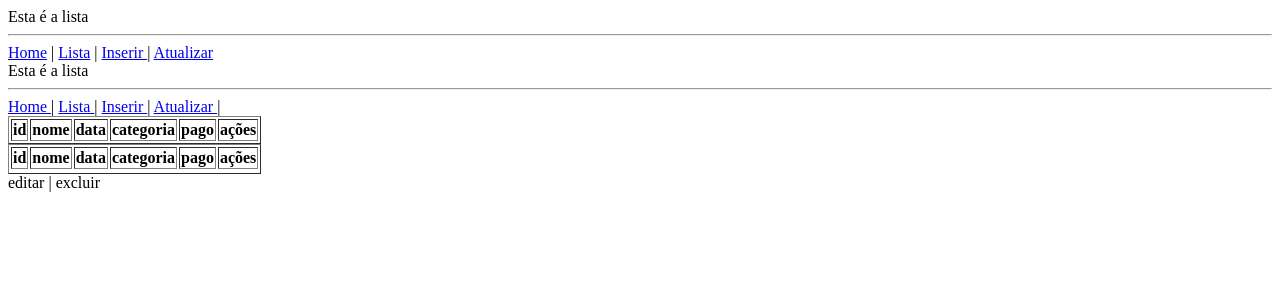
Repository: vivian-nakano/Projetos-Spring
Page: webmvc/src/main/resources/static/lista.html
These files come from the project's save history. The page is drawn as it stood at one moment and after the next save; the edit follows.
The browser window is 1280 px wide. The pictures show the whole page.
The page's requests for data from a server got no answer. Some web libraries are served in a nearby version.

Above is the page before, as saved 2020-11-10 23:36:42.

### webmvc/src/main/resources/static/lista.html
<!DOCTYPE html>
<html>
<head>
<meta charset="ISO-8859-1">
<title>Insert title here</title>

<script
	src="https://ajax.googleapis.com/ajax/libs/angularjs/1.6.9/angular.min.js"></script>
<script src="controller.js">

</script>

</head>
<body>
	Esta é a lista
	<hr>
	<a href="index.html">Home</a> |
	<a href="lista.html">Lista</a> |
	<a href="inserir.html">Inserir </a> |
	<a href="atualizar.html">Atualizar </a>

	<br>
	<div ng-app="myApp" ng-controller="myCtrl">
		<table border="1">

			<tr>
				<th>id</th>
				<th>nome</th>
				<th>data</th>
				<th>categoria</th>
				<th>pago</th>
				<th>ações</th>
			</tr>

Esta é a lista <hr>
	<a href = "index.html"> Home </a> |
	<a href = "lista.html"> Lista </a> |
	<a href = "inserir.html"> Inserir </a> |
	<a href = "atualizar.html"> Atualizar </a> |

	<br>
	<div ng-add="myApp" ng-controller="myCtrl">
	<table border="1">
		<tr>
			<th>id</th>
			<th>nome</th>
			<th>data</th>
			<th>categoria</th>
			<th>pago</th>
			<th>ações</th>
		</tr>
		<tr>
		<tr ng-repeat="manutencoes in manutencoes">
			<td>{{manutencao.id}}</td>
			<td>{{manutencao.nome}}</td>
			<td>{{manutencao.data}}</td>
			<td>{{manutencao.categoria}}</td>
			<td>{{manutencao.pago}}</td>
			<td>editar | excluir</td>
		</tr>
	</table>

			<tr ng-repeat="manutencao in manutencoes">
				<td>{{manutencao.id}}</td>
				<td>{{manutencao.nome}}</td>
				<td>{{manutencao.data}}</td>
				<td>{{manutencao.categoria}}</td>
				<td>{{manutencao.pago}}</td>
				<td>editar | excluir</td>
			</tr>
		</table>

	</div>

</body>
</html>

### webmvc/src/main/resources/static/controller.js
var app = angular.module('myApp', []);
app.controller('myCtrl', function($scope, $http) {
	$scope.manutencoes = new Object();
	$scope.salvar = function() {
		$http.post("http://localhost:8080/manutencoes", {
			'id' : $scope.id,
			'nome' : $scope.nome,
			'categoria' : $scope.categoria,
			'data' : $scope.data,
			'pago' : $scope.pago
		})
	};
	$scope.buscarTodos = function() {
		$http.get("http://localhost:8080/manutencoes").then(function(resposta) {
			$scope.manutencoes = resposta.data;
		});
	}
	$scope.buscarTodos();
	$scope.put = function() {
		$http.put("http://localhost:8080/manutencoes/ " + $scope.id, {

			'nome' : $scope.nome,
			'categoria' : $scope.categoria,
			'pago' : $scope.pago
		})
	}

});

After the next save:
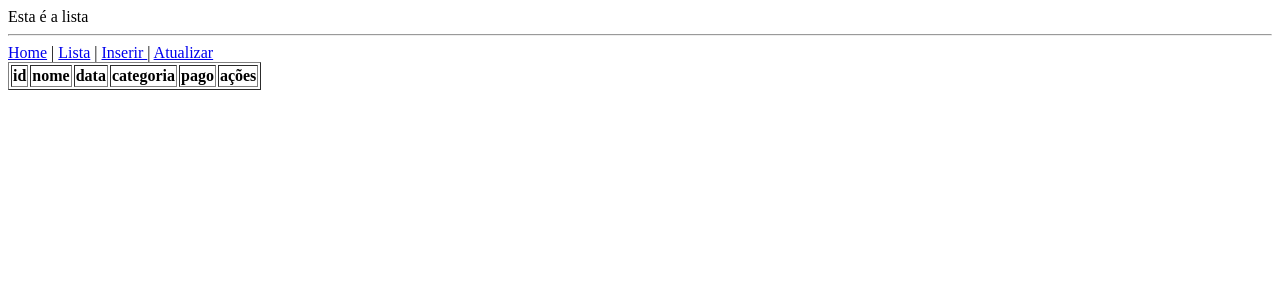
Saved 2 min 37 s later.
--- a/webmvc/src/main/resources/static/lista.html
+++ b/webmvc/src/main/resources/static/lista.html
@@ -32,24 +32,7 @@
 				<th>ações</th>
 			</tr>
 
-Esta é a lista <hr>
-	<a href = "index.html"> Home </a> |
-	<a href = "lista.html"> Lista </a> |
-	<a href = "inserir.html"> Inserir </a> |
-	<a href = "atualizar.html"> Atualizar </a> |
 
-	<br>
-	<div ng-add="myApp" ng-controller="myCtrl">
-	<table border="1">
-		<tr>
-			<th>id</th>
-			<th>nome</th>
-			<th>data</th>
-			<th>categoria</th>
-			<th>pago</th>
-			<th>ações</th>
-		</tr>
-		<tr>
 		<tr ng-repeat="manutencoes in manutencoes">
 			<td>{{manutencao.id}}</td>
 			<td>{{manutencao.nome}}</td>
@@ -60,16 +43,6 @@ Esta é a lista <hr>
 		</tr>
 	</table>
 
-			<tr ng-repeat="manutencao in manutencoes">
-				<td>{{manutencao.id}}</td>
-				<td>{{manutencao.nome}}</td>
-				<td>{{manutencao.data}}</td>
-				<td>{{manutencao.categoria}}</td>
-				<td>{{manutencao.pago}}</td>
-				<td>editar | excluir</td>
-			</tr>
-		</table>
-
 	</div>
 
 </body>
